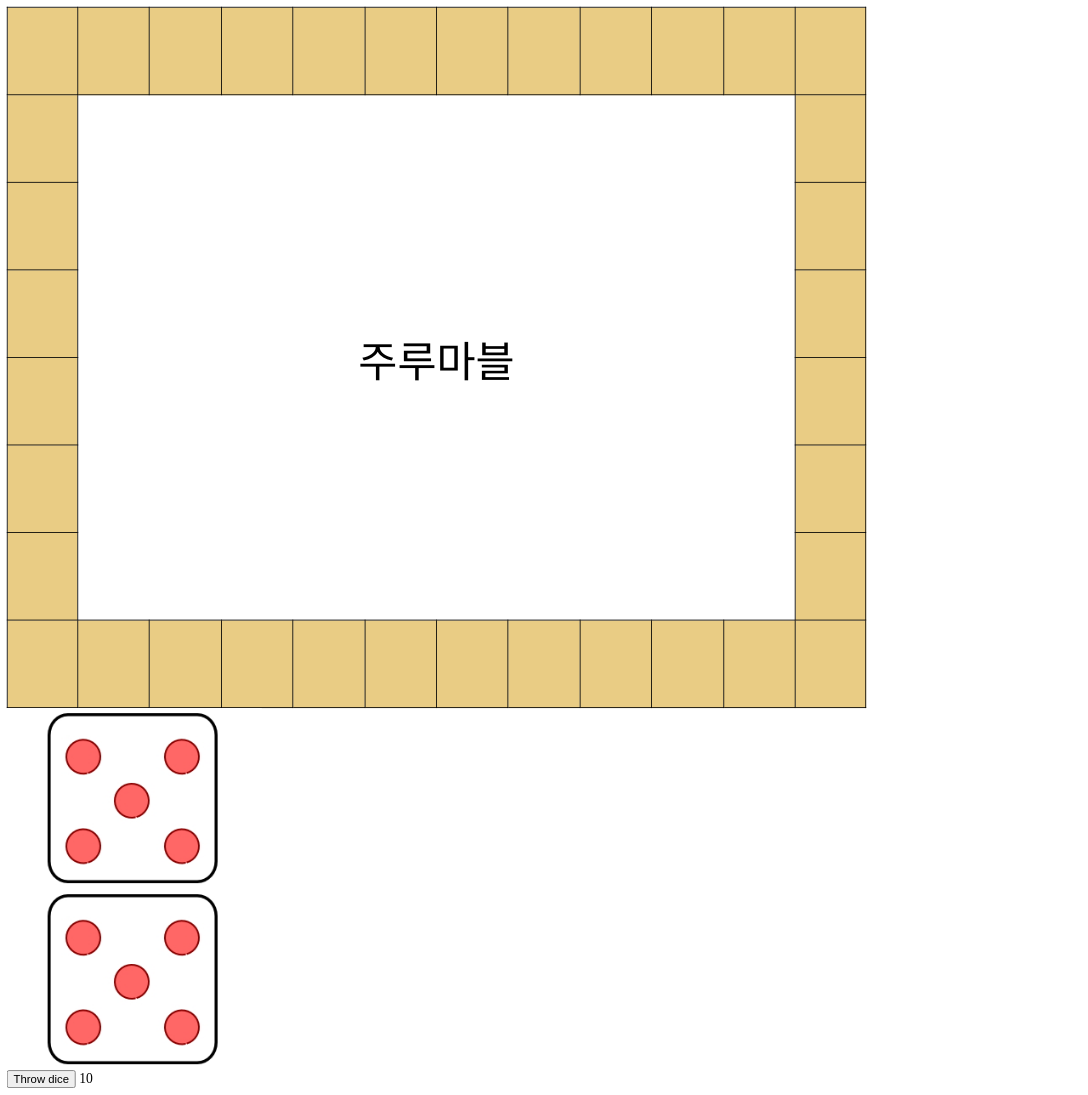
Repository: boseung2/Study-JSP
Page: http://localhost/MyWebSite/soju.jsp
The author's editor kept a copy of each file at every save. The page is drawn from the files as they stood at one save, then again after the next save.
The browser window is 1280 px wide. The pictures show the whole page, at 85% of full size.
The page is served by Tomcat 9.

Above is the page before, as saved 2021-01-21 01:53:27.

After the next save:
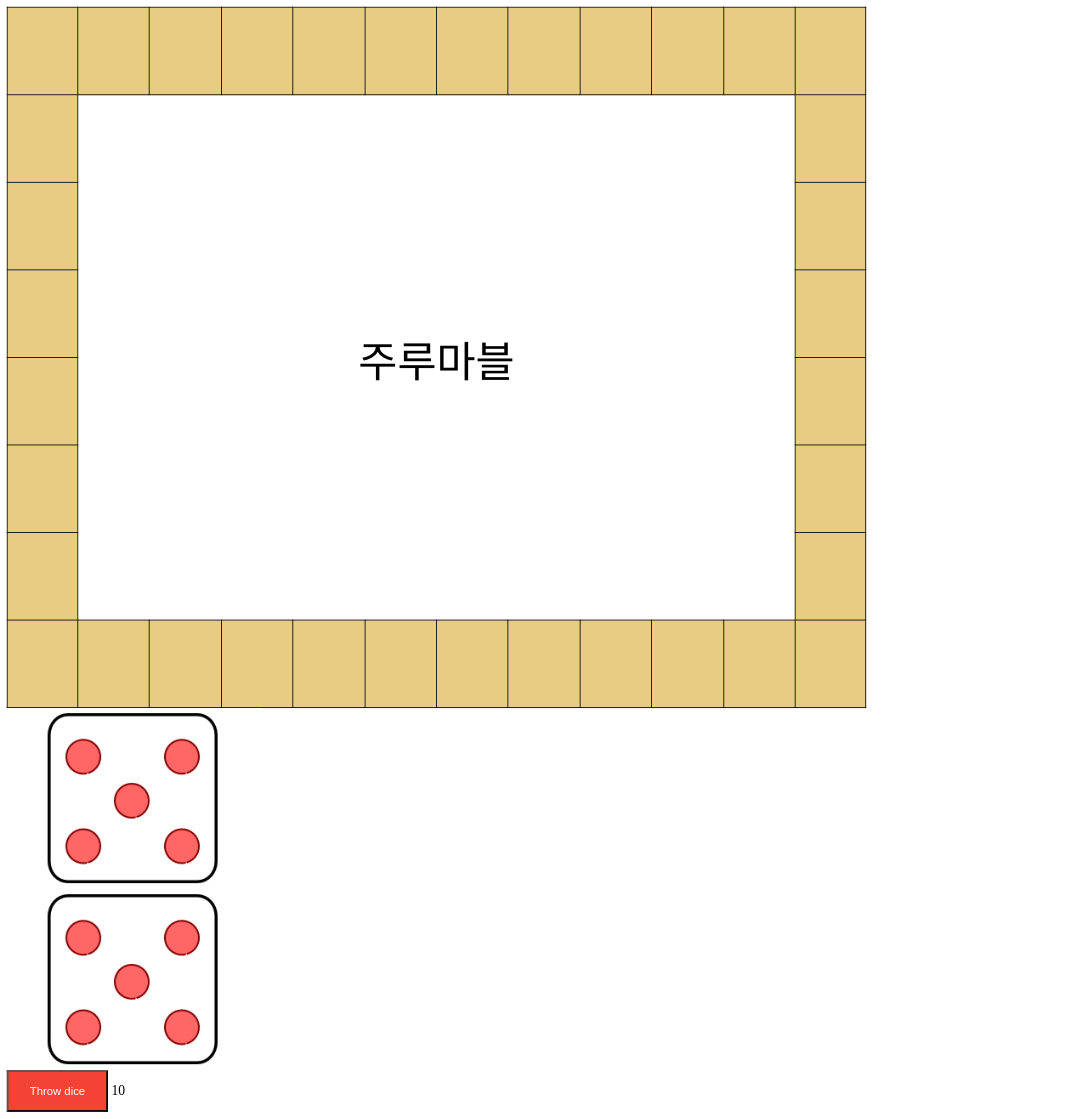
Saved 2 min 28 s later.
--- a/MyWebSite/WebContent/soju.jsp
+++ b/MyWebSite/WebContent/soju.jsp
@@ -6,6 +6,14 @@
 <meta charset="UTF-8">
 <title>주루마블</title>
 <style>
+	button {
+	  background-color: #f44336;
+	  color: white;
+	  padding: 15px 25px;
+	  text-align: center;
+	  text-decoration: none;
+	  display: inline-block;
+	}
     table, th, td {
         border: 1px solid black;
         border-collapse: collapse;
